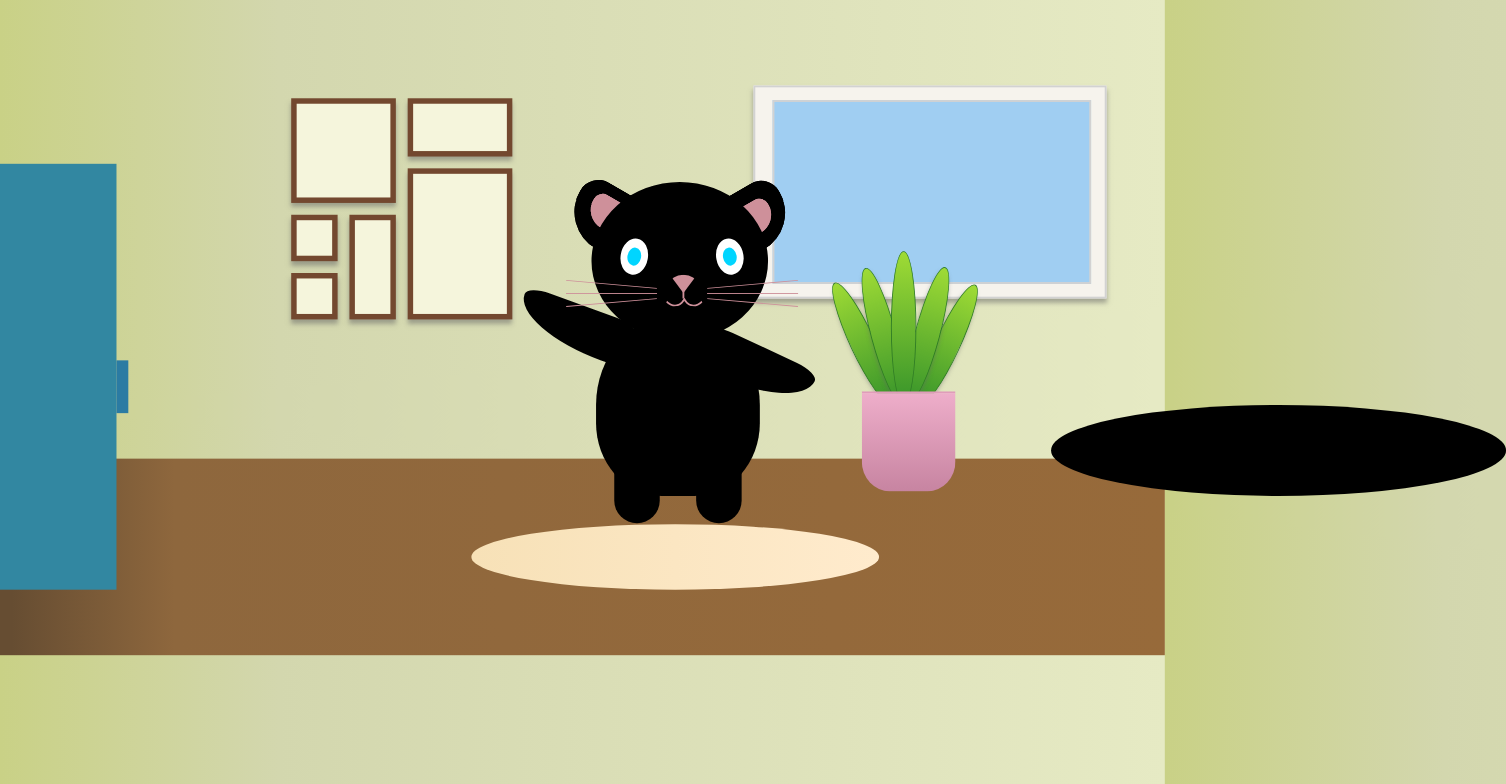
Repository: SandyLy453/COMP-2170-team-project
Page: index.html
An editor plug-in stored every save of this project. The page is shown before and after the next save, followed by the edit.
The browser window is 1280 px wide. The page is 1655 px wide, then 1455 px, so the pictures cover 1655 px, including what lies to the right of the window. The pictures show the whole page, at 91% of full size.

Above is the page before, as saved 2024-05-03 14:18:57.

After the next save:
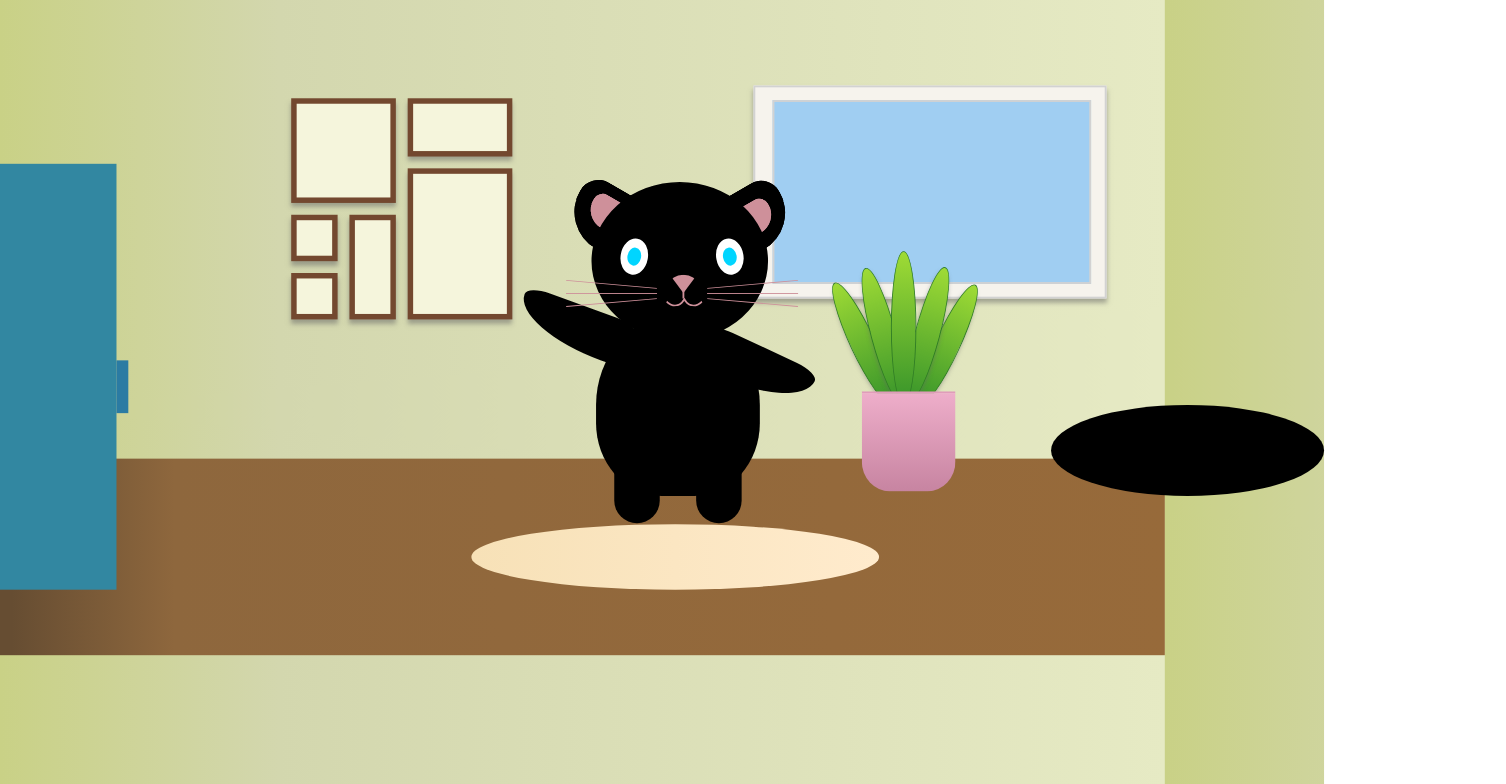
Saved 8 s later.
--- a/styles.css
+++ b/styles.css
@@ -571,7 +571,7 @@ body {
 
 .tail {
     position: absolute;
-    width: 500px;
+    width: 300px;
     height: 100px;
     border-radius: 50%;
     background-color: black;
